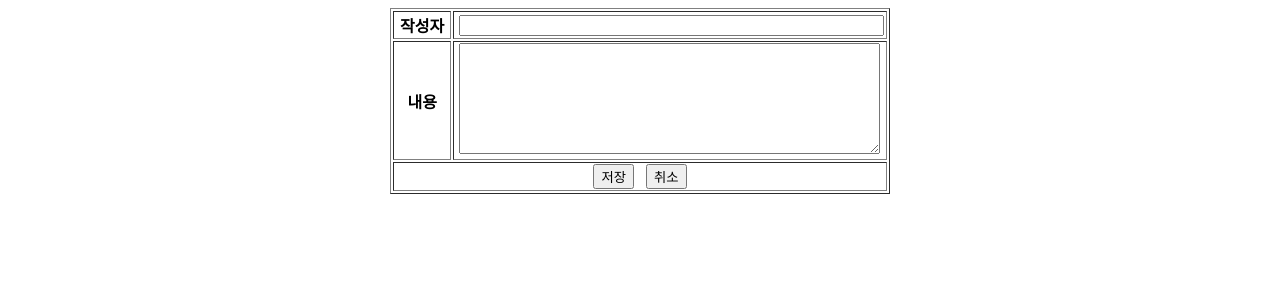
Repository: PMinded/jspStudy
Page: jspStudy/src/main/webapp/bbs/memberWrite.html
An editor plug-in stored every save of this project. The page is shown before and after the next save, followed by the edit.
The browser window is 1280 px wide. The pictures show the whole page.

Above is the page before, as saved 2024-12-03 07:52:50.

### jspStudy/src/main/webapp/bbs/memberWrite.html
<!DOCTYPE html>
<html>
<head>
<meta charset="UTF-8">
<meta name="viewport" content="width=device-width, initial-scale=1.0">
<title>방명록 작성하기</title>
</head>
<body>
	<form method="post" action="/jspStudy/visitInsert">
		<table align="center" width="500" border="1">
			<tr>
				<th width="70">작성자</th>
				<td width="430">&nbsp;<input type="text" name="writer"
					size="50">
				</td>
			</tr>
			<tr>
				<th>내용</th>
				<td>&nbsp;<textarea rows="7" cols="50" name="memo">
                 </textarea>
				</td>
			</tr>
			<tr>
				<td colspan="2" align="center"><input type="submit" value="저장">&nbsp;&nbsp;
					<input type="reset" value="취소"></td>
			</tr>
		</table>
	</form>
</body>
</html>

After the next save:
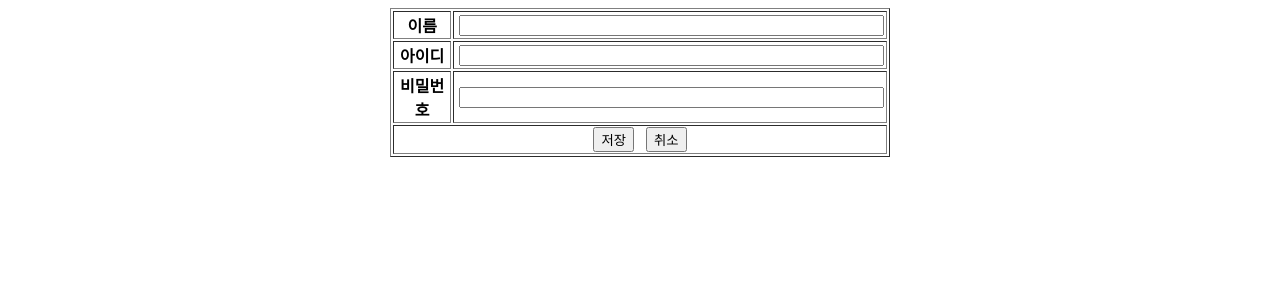
Saved 9 min 1 s later.
--- a/jspStudy/src/main/webapp/bbs/memberWrite.html
+++ b/jspStudy/src/main/webapp/bbs/memberWrite.html
@@ -9,15 +9,18 @@
 	<form method="post" action="/jspStudy/visitInsert">
 		<table align="center" width="500" border="1">
 			<tr>
-				<th width="70">작성자</th>
-				<td width="430">&nbsp;<input type="text" name="writer"
-					size="50">
+				<th width="70">이름</th>
+				<td width="430">&nbsp;<input type="text" name="name" size="50">
 				</td>
 			</tr>
 			<tr>
-				<th>내용</th>
-				<td>&nbsp;<textarea rows="7" cols="50" name="memo">
-                 </textarea>
+				<th>아이디</th>
+				<td width="430">&nbsp;<input type="text" name="id" size="50">
+				</td>
+			</tr>
+			<tr>
+				<th>비밀번호</th>
+				<td width="430">&nbsp;<input type="password" name="pw" size="50">
 				</td>
 			</tr>
 			<tr>
